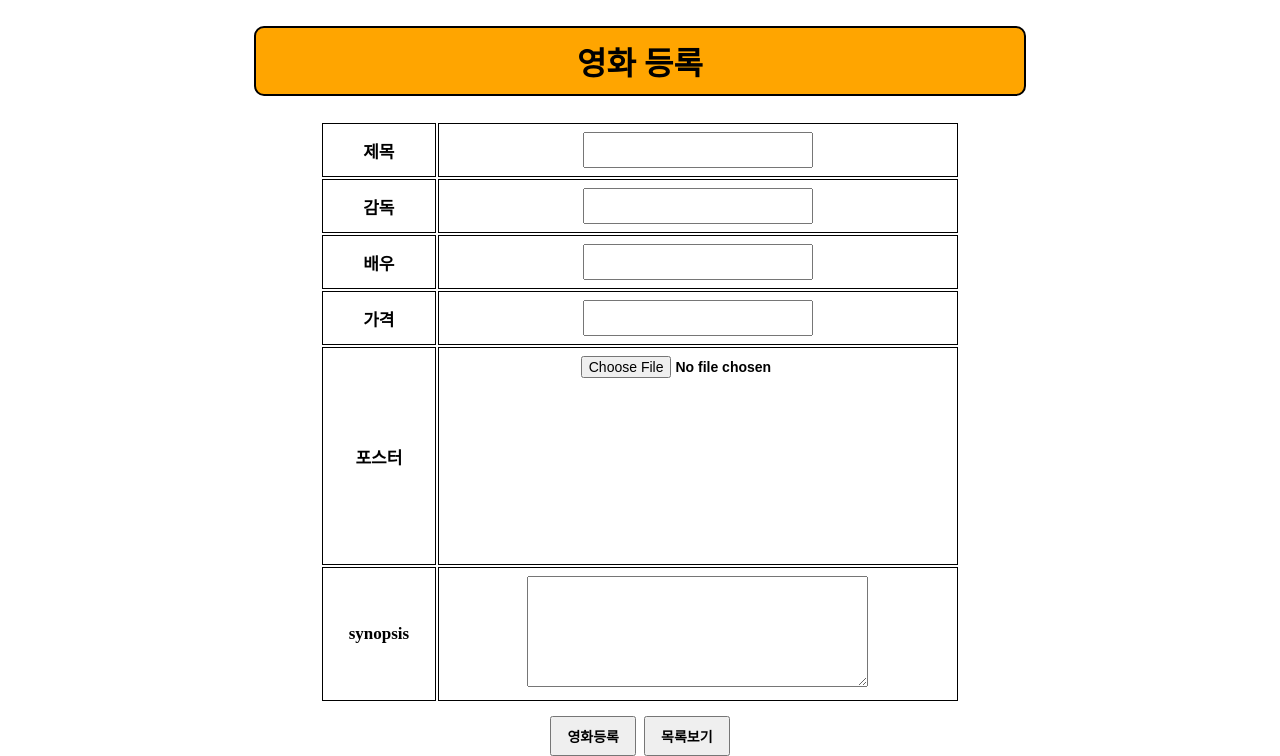
Repository: EverythingOfC/movie
Page: http://localhost/movie/movie/insert.jsp
The author's editor kept a copy of each file at every save. The page is drawn from the files as they stood at one save, then again after the next save.
The browser window is 1280 px wide. The pictures show the whole page.
The page is served by Tomcat 9. Nobody is signed in. The application's start-up code is not run. Other server files are loaded and not shown.

Above is the page before, as saved 2023-01-02 04:10:56.

### movie/src/main/webapp/movie/insert.jsp
<%@ page language="java" contentType="text/html; charset=UTF-8"
    pageEncoding="UTF-8"%>
<%@ taglib prefix="c" uri="http://java.sun.com/jsp/jstl/core" %>
<!DOCTYPE html>
<html>
<head>
<meta charset="UTF-8">
<title>Insert title here</title>
<link rel="stylesheet" type="text/css" href="../css/movie.css">
</head>
<body>

<div class = "title">
	<h1> 영화 등록 </h1>
</div>

<div class = "insert">

<form action="ms?command=insert" method="post" enctype="multipart/form-data">
		<!--  Http의 바디부분에 데이터를 여러 부분으로 나누어서 전송함 -->

	<input type="hidden" name="id" value="${member.id }">
	<table>
		<tr>
		<th>제목</th>
		<td><input type="text" name="title"></td>
		</tr>

		<tr>
		<th>감독</th>
		<td><input type="text" name="director"></td>
		</tr>

		<tr>
		<th>배우</th>
		<td><input type="text" name="actor"></td>
		</tr>

		<tr>
		<th>가격</th>
		<td><input type="number" name="price"></td>
		</tr>

		<tr>
		<th>포스터</th>
		<td><div><input type="file" name="poster" onchange="readURL(this);" style="width:200px; height:200px; padding:0; text-align:center;">
		<img id="preview"/></div></td>
		</tr>


		<tr>
		<th>synopsis</th>
		<td><textarea rows="7" cols="40" name="synopsis">

		</textarea></td>
		</tr>

	</table>

	<div class="i_button">
		<input type="submit" value="영화등록">&nbsp;
		<input type="button" onclick="location.href='ms?command=list'" value="목록보기">
	</div>
	</form>
</div>
<script>
	function readURL(input) {
	  if (input.files && input.files[0]) {
	    var reader = new FileReader();
	    reader.onload = function(e) {
	      document.getElementById('preview').src = e.target.result;
	    };
	    reader.readAsDataURL(input.files[0]);
	  } else {
	    document.getElementById('preview').src = "";
	  }
	}
</script>
</body>
</html>

### movie/src/main/webapp/css/movie.css
@charset "UTF-8";

*{
	margin: 0 auto;
}

img{
	border:0;
}
a{
	text-decoration:none;
	color:black;
}
a:hover{
	font-weight:bold;
}
li{
	list-style: none;
}

.title{
	margin:2vw auto;
	text-align:center;
	border:2px solid black;
	border-radius:10px;
	background:orange;
	width:60%;
	padding:10px 0;
}
.main table{
	width:70%;
}
.main td,.main th{
	padding:10px;
	border:1px solid black;
	border-collapse: collapse;
}

.insert table td{
	text-align:center;
}
.insert table td input, .i_button input, .insert table td img{
	padding:8px 15px;
	font-weight:bold;
	font-size:14px;
}
.insert table{
	width:50%;
	font-size:17px;
}
.insert td,.insert th{
	padding:8px;
	border:1px solid black;
	border-collapse: collapse;
}
.i_button{
	margin-top:1vw;
	width:50%;
	text-align:center;
}


.login table td{
	text-align:center;
}
.login table td input, .l_button input{
	padding:11px 15px;
	font-weight:bold;
	font-size:14px;
}
.login table{
	width:50%;
	font-size:17px;
}
.login td,.login th{
	padding:8px;
	border:1px solid black;
	border-collapse: collapse;
}
.l_button{
	margin-top:2vw;
	width:50%;
	text-align:center;
}



.sign table td{
	text-align:center;
}

.sign table td label{
	display:inline-block;
	padding:8px 15px;
	font-size:14px;
 }
.sign table td input, .s_button input{
	padding:8px 15px;
	font-weight:bold;
	font-size:14px;
}
.sign table{
	width:50%;
	font-size:17px;
}
.sign td,.sign th{
	padding:8px;
	border:1px solid black;
	border-collapse: collapse;
}
.s_button{
	margin-top:2vw;
	width:50%;
	text-align:center;
}


.update table td{
	text-align:center;
}
.update table td input, .u_button input, .update table td img{
	padding:8px 15px;
	font-weight:bold;
	font-size:14px;
}
.update table{
	width:50%;
	font-size:17px;
}
.update td,.update th{
	padding:8px;
	border:1px solid black;
	border-collapse: collapse;
}
.u_button{
	margin-top:1vw;
	width:50%;
	text-align:center;
}


.view table td{
	text-align:center;
}
.view table td input, .v_button input, .view table td img{
	padding:8px 15px;
	font-weight:bold;
	font-size:14px;
}
.view table{
	width:50%;
	font-size:17px;
}
.view td,.view th{
	padding:8px;
	border:1px solid black;
	border-collapse: collapse;
}
.v_button{
	margin-top:1vw;
	width:50%;
	text-align:center;
}

After the next save:
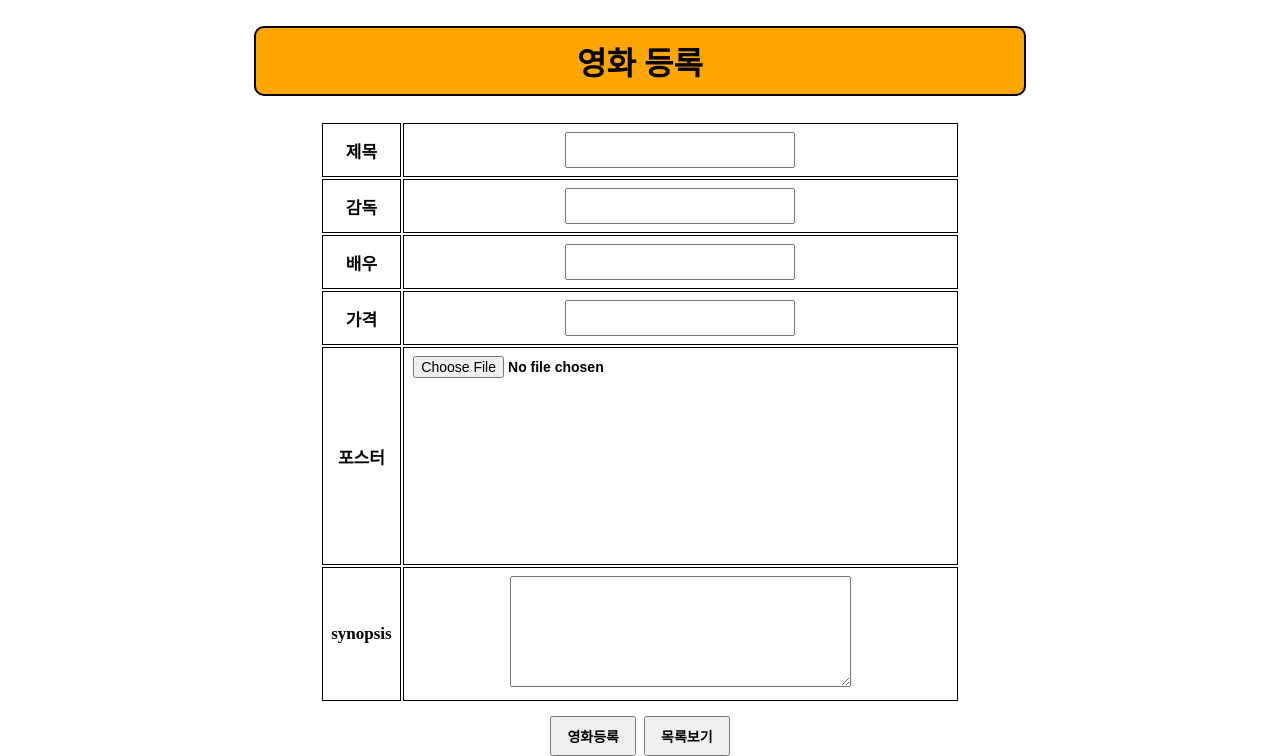
Saved 14 s later.
--- a/movie/src/main/webapp/movie/insert.jsp
+++ b/movie/src/main/webapp/movie/insert.jsp
@@ -43,7 +43,7 @@
 
 		<tr>
 		<th>포스터</th>
-		<td><div><input type="file" name="poster" onchange="readURL(this);" style="width:200px; height:200px; padding:0; text-align:center;">
+		<td><div><input type="file" name="poster" onchange="readURL(this);" style="width:500px; height:200px; padding:0; text-align:center;">
 		<img id="preview"/></div></td>
 		</tr>
 
